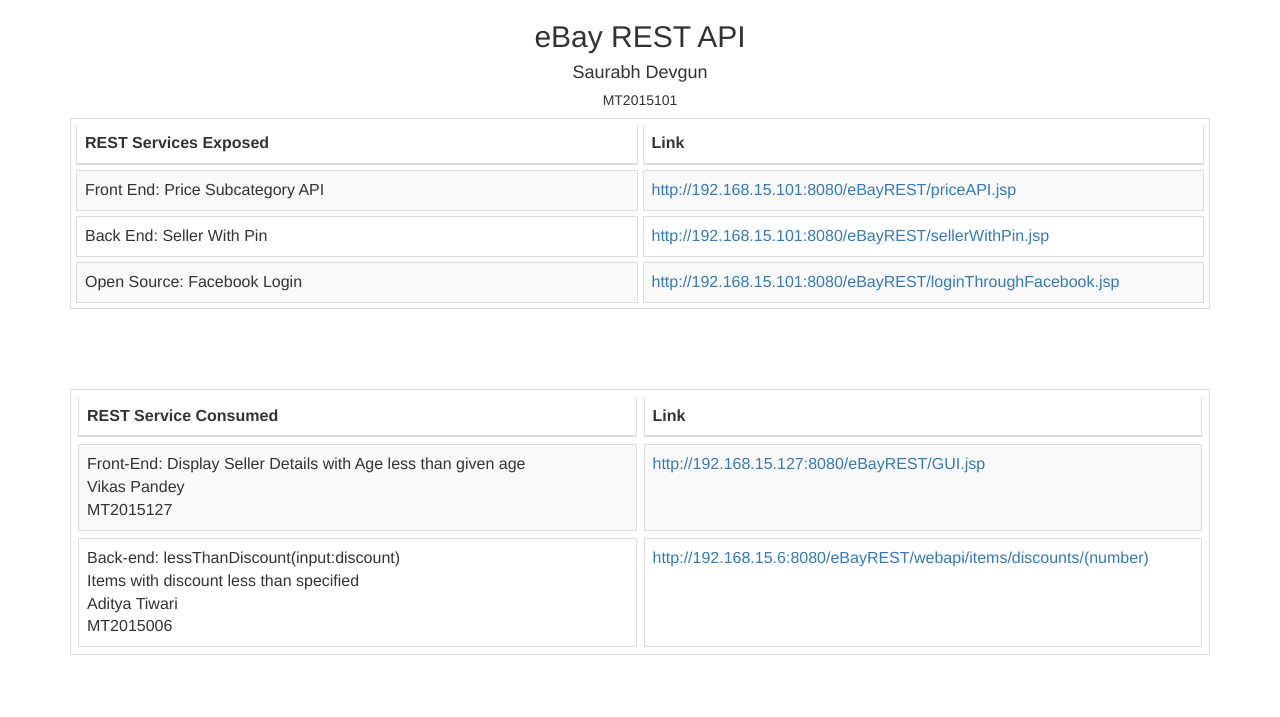
Repository: saurabh-devgun-iiitb/RESTProject
Page: http://localhost/eBayREST/
These files come from the project's save history. The page is drawn as it stood at one moment and after the next save; the edit follows.
The browser window is 1280 px wide. The pictures show the whole page.
The page is served by Tomcat 9.

Above is the page before, as saved 2016-07-23 10:01:26.

After the next save:
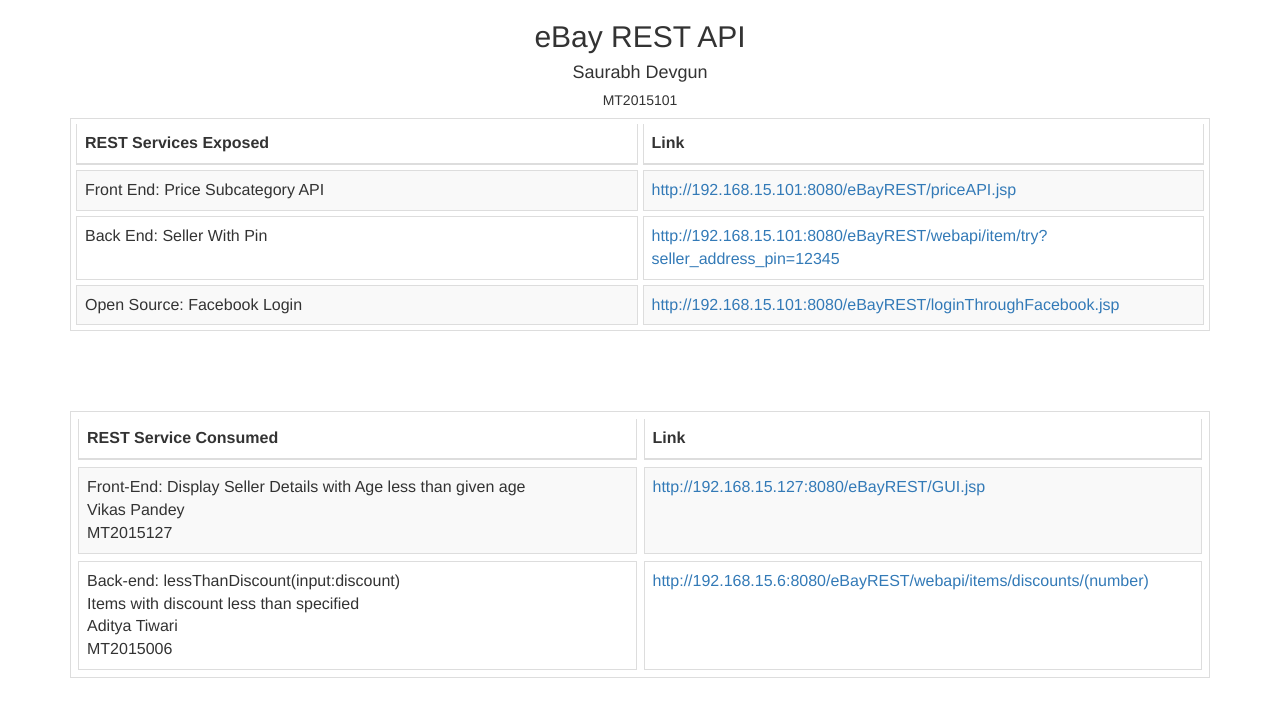
Saved 3 min 29 s later.
--- a/eBayREST/WebContent/index.jsp
+++ b/eBayREST/WebContent/index.jsp
@@ -34,7 +34,7 @@
         </tr>
         <tr>
           <td>Back End: Seller With Pin</td>
-          <td><a href="sellerWithPin.jsp">http://192.168.15.101:8080/eBayREST/sellerWithPin.jsp</a></td>
+          <td><a href="sellerWithPin.jsp">http://192.168.15.101:8080/eBayREST/webapi/item/try?seller_address_pin=12345</a></td>
         </tr>
         <tr>
           <td>Open Source: Facebook Login</td>
